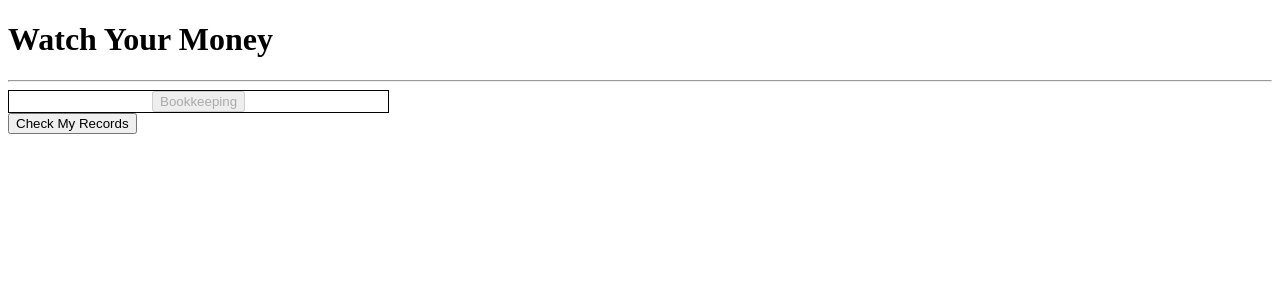
Repository: chelsea9869/Hackathon-TNT
Page: http://localhost/app/watch_your_money.php
An editor plug-in stored every save of this project. The page is shown before and after the next save, followed by the edit.
The browser window is 1280 px wide. The pictures show the whole page.
The page is run by PHP 8.4 with error messages shown; the project is at /var/www/html/.

Above is the page before, as saved 2020-09-05 10:56:32.

### app/watch_your_money.php
<!DOCTYPE html>
<html lang="en">
<head>
    <meta charset="UTF-8">
    <meta name="viewport" content="width=device-width, initial-scale=1.0">
    <title>Watch Your Money</title>
</head>
<body>
    <h1>Watch Your Money</h1>
    <hr>
    <div name='function' style="width:100%">
        <!-- <div id='dummy' style="width:20%;display: inline-table"></div> -->
        <div id='bookkeeping' style="width:30%;text-align:center;border:1px solid">
            <button disabled="disabled">Bookkeeping</button>
        </div>
        <div id='check_records' style="width:30%;display: inline-table">
            <button>Check My Records</button>
        </div>
    </div>
</body>
</html>

After the next save:
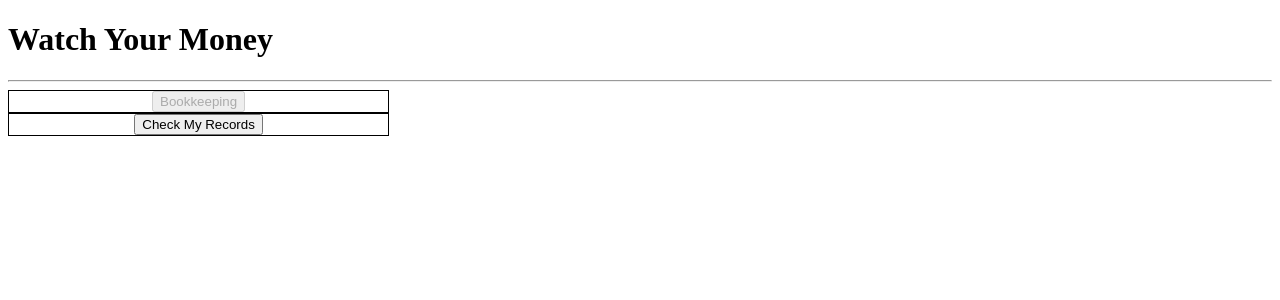
Saved 9 s later.
--- a/app/watch_your_money.php
+++ b/app/watch_your_money.php
@@ -13,7 +13,7 @@
         <div id='bookkeeping' style="width:30%;text-align:center;border:1px solid">
             <button disabled="disabled">Bookkeeping</button>
         </div>
-        <div id='check_records' style="width:30%;display: inline-table">
+        <div id='check_records' style="width:30%;display: inline-table;text-align:center;border:1px solid">
             <button>Check My Records</button>
         </div>
     </div>
